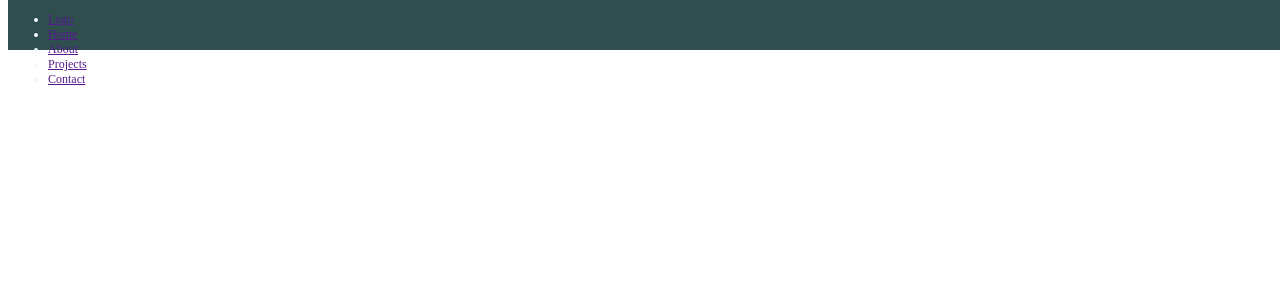
Repository: congle98/CSS_LayoutRWDCoBan
Page: index.html
An editor plug-in stored every save of this project. The page is shown before and after a run of saves, followed by the edit.
The browser window is 1280 px wide. The pictures show the whole page.

Above is the page before, as saved 2021-05-26 16:00:29.

After the next 2 saves:
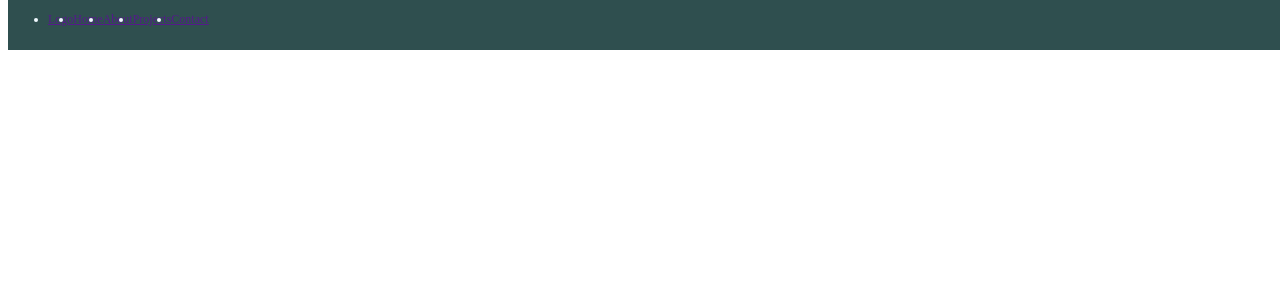
The 2 saves are shown as one change because they came seconds apart.
The last was saved 6 s later.
--- a/index.html
+++ b/index.html
@@ -20,7 +20,7 @@
         }
         .header__nav-item{
             position:relative;
-            f
+            float: left;
         }
     </style>
 </head>
